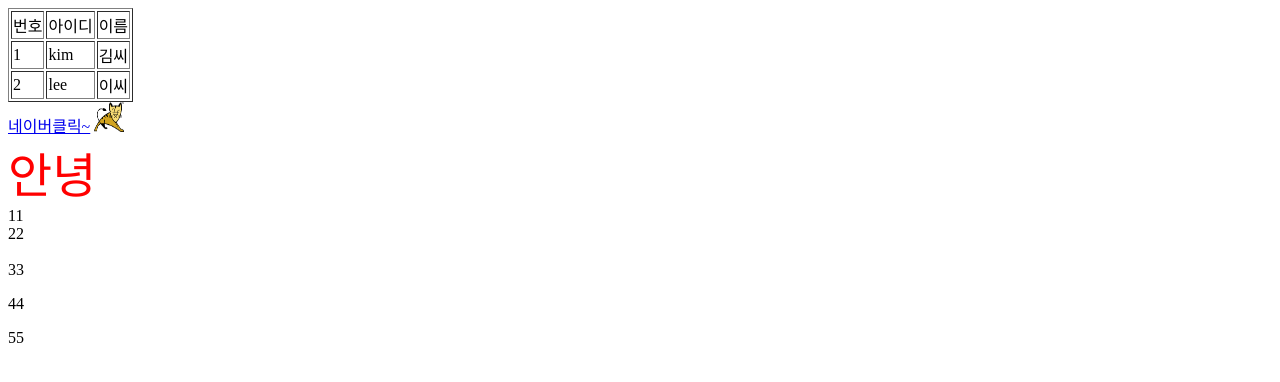
Repository: MinHyeJun/OpenSourceFramework
Page: web_prj/webapp/test.html
These files come from the project's save history. The page is drawn as it stood at one moment and after the next save; the edit follows.
The browser window is 1280 px wide. The pictures show the whole page.

Above is the page before, as saved 2018-06-26 02:23:19.

After the next save:
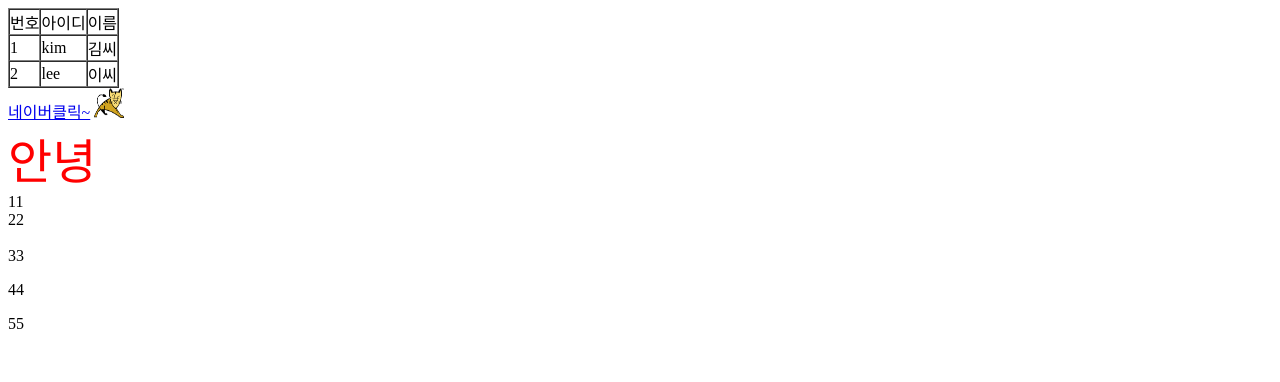
Saved 32 s later.
--- a/web_prj/webapp/test.html
+++ b/web_prj/webapp/test.html
@@ -5,7 +5,7 @@
 <title>Insert title here</title>
 </head>
 <body>
-<table border=1>
+<table border=1 cellpadding=0 cellspacing=0>
 	<tr>
 		<td>번호</td>
 		<td>아이디</td>
